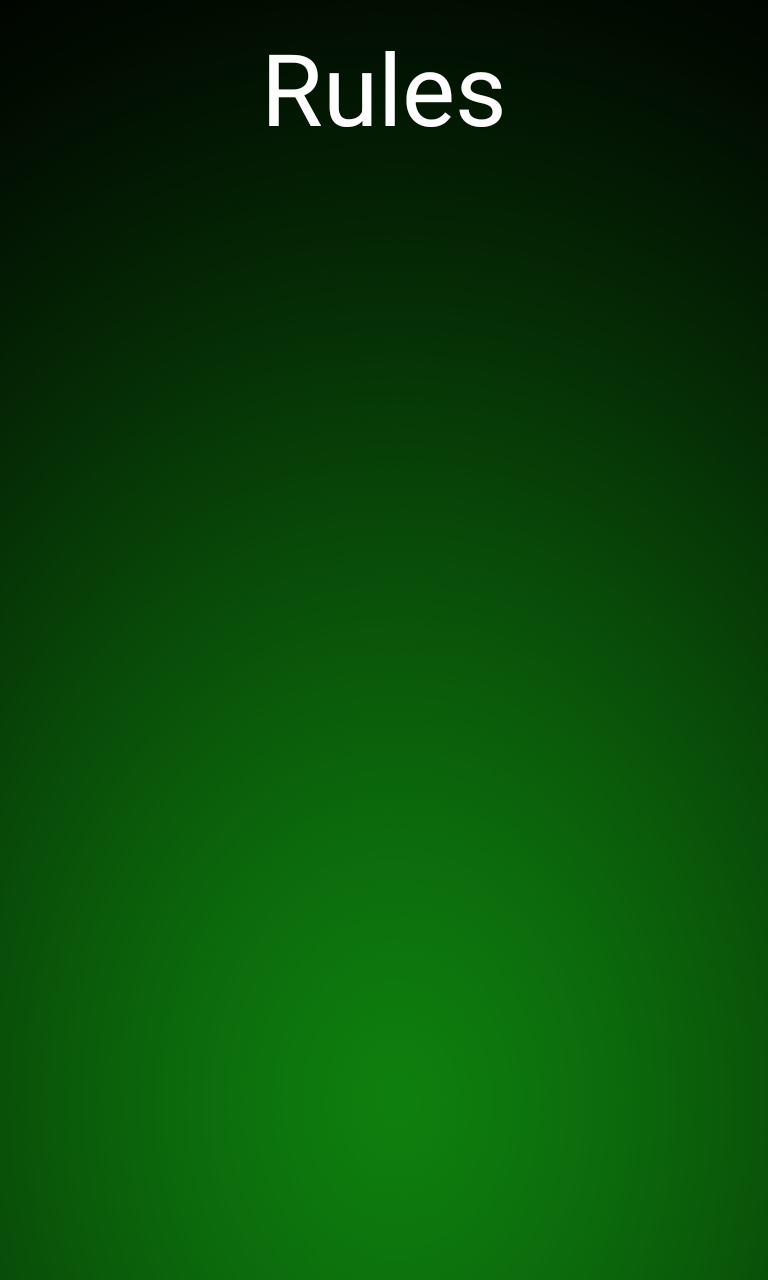
Repository: jwu14/AAProductions
Layout: EgyptianRatscrew/res/layout/activity_rules.xml
The author's editor kept a copy of each file at every save. The layout is drawn from the files as they stood at one save, then again after a run of saves.
It is drawn on a 768 x 1280 px phone screen (xhdpi) without system bars, with theme AppTheme; the app's code is not run.

Above is the layout before, as saved 2013-03-06 21:22:31.

### EgyptianRatscrew/res/layout/activity_rules.xml
<LinearLayout xmlns:android="http://schemas.android.com/apk/res/android"
    xmlns:tools="http://schemas.android.com/tools"
    android:layout_width="fill_parent"
    android:layout_height="fill_parent"
    android:background="@drawable/bg"
    android:gravity="center"
    android:orientation="vertical"
    android:paddingBottom="10dp"
    android:paddingTop="10dp"
    tools:context=".StatsActivity" >

    <TextView
        android:id="@+id/rules"
        android:layout_width="match_parent"
        android:layout_height="68dp"
        android:clickable="false"
        android:gravity="center_horizontal"
        android:text="Rules"
        android:textColor="#FFFFFF"
        android:textSize="50sp" />

     <TextView
        android:id="@+id/info"
        android:layout_width="match_parent"
        android:layout_height="0dip"
        android:layout_weight="0.23"
        android:clickable="false"
        android:textColor="#FFFFFF"
        android:textSize="15sp" />

</LinearLayout>

After the next 2 saves:
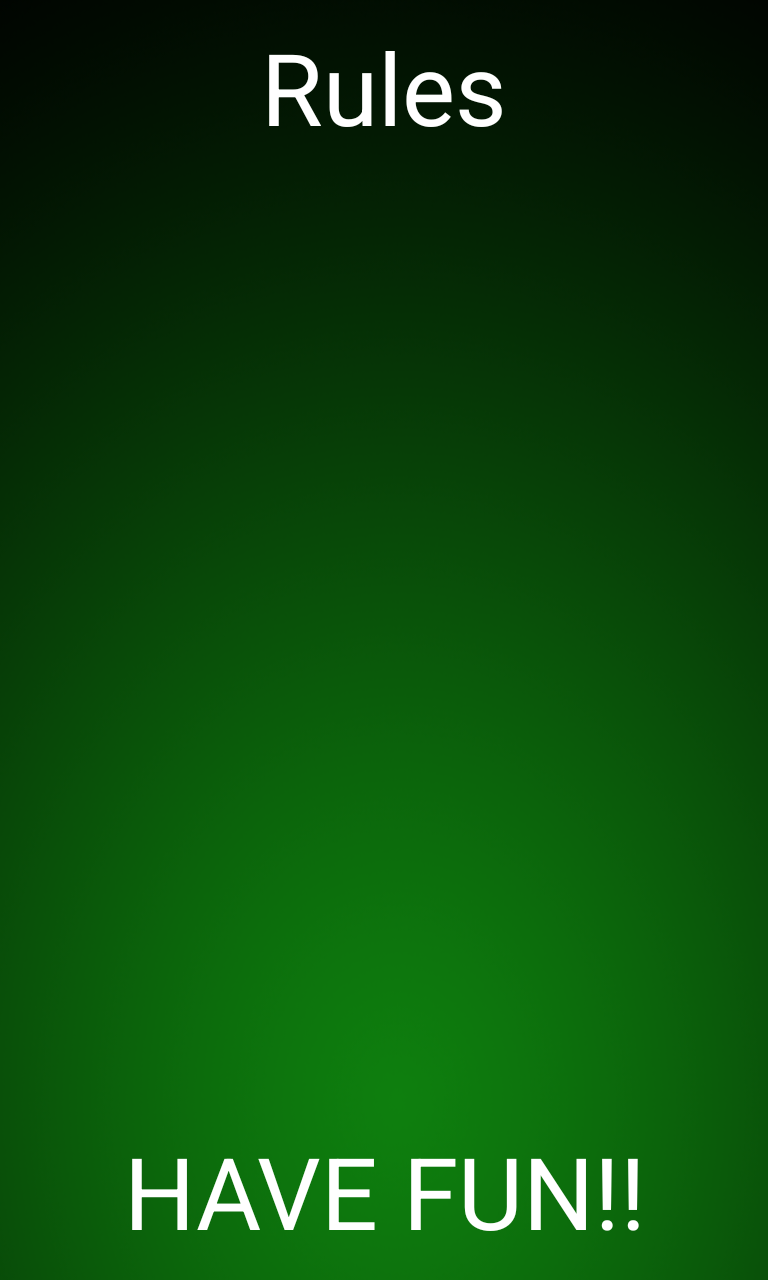
The 2 saves are shown as one change because they came seconds apart.
The last was saved 49 s later.
--- a/EgyptianRatscrew/res/layout/activity_rules.xml
+++ b/EgyptianRatscrew/res/layout/activity_rules.xml
@@ -28,4 +28,14 @@
         android:textColor="#FFFFFF"
         android:textSize="15sp" />
 
+     <TextView
+        android:id="@+id/haveFun"
+        android:layout_width="match_parent"
+        android:layout_height="68dp"
+        android:clickable="false"
+        android:gravity="center_horizontal"
+        android:text="HAVE FUN!!"
+        android:textColor="#FFFFFF"
+        android:textSize="50sp" />
+
 </LinearLayout>
